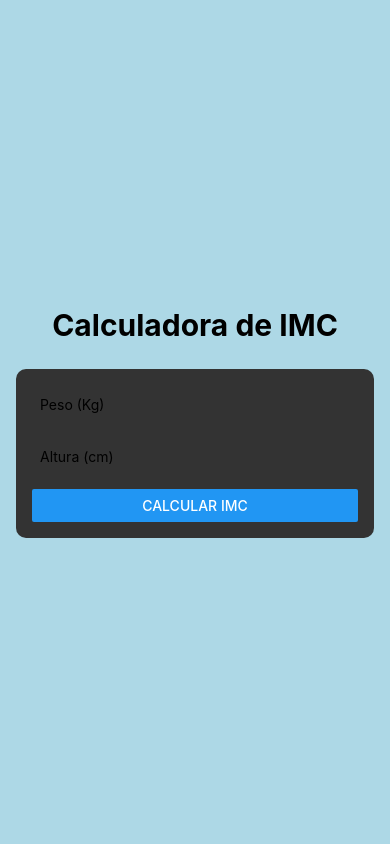
Repository: GustaPit/CalculadoraIMCpam
Screen: /
An editor plug-in stored every save of this project. The screen is shown before and after the next save, followed by the edit.
The app was drawn by React Native's web renderer in a window 390 px wide. The project was rebuilt for these pictures with package versions that can differ from the ones it lists, and the page was loaded fresh each time. Some packages were replaced by stand-ins written for this rebuild. Also part of the build but not shown: src/components/Result.js.

Above is the screen before, as saved 2025-04-04 12:00:26.

After the next save:
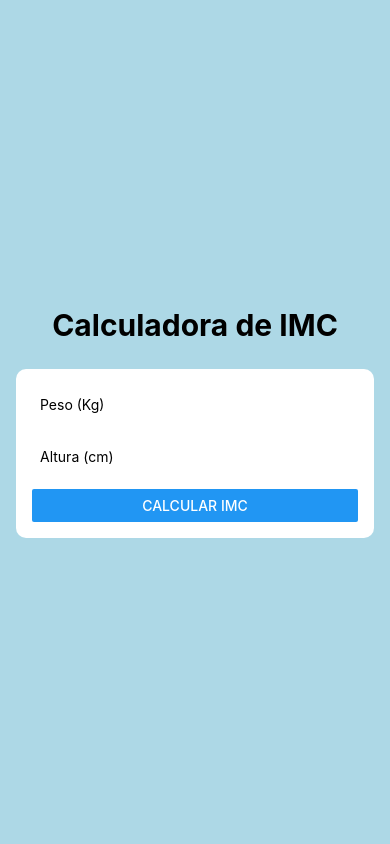
Saved 10 s later.
--- a/src/components/FormIMC.js
+++ b/src/components/FormIMC.js
@@ -39,7 +39,7 @@ const FormIMC = () => {
 
 const styles = StyleSheet.create({
     formContainer: {
-        backgroundColor: '#333',
+        backgroundColor: '#fff',
         padding: 16,
         borderRadius: 10,
     },
